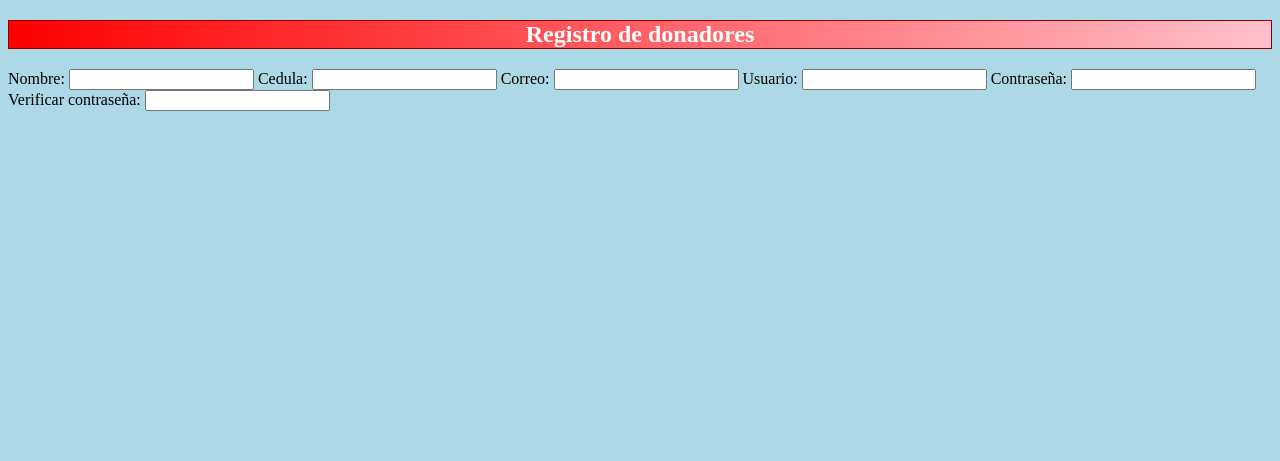
Repository: sonicspeed1/examen1_codigo_bryansantillan
Page: http://localhost/examen_1_bryan_santillan/registro_donadores.jsp
These files come from the project's save history. The page is drawn as it stood at one moment and after the next save; the edit follows.
The browser window is 1280 px wide. The pictures show the whole page.
The page is served by Tomcat 9. Other server files are loaded and not shown.

Above is the page before, as saved 2024-05-25 17:39:05.

### examen_1_bryan_santillan/src/main/webapp/registro_donadores.jsp
<%@ page language="java" contentType="text/html; charset=UTF-8"
    pageEncoding="UTF-8"%>
<!DOCTYPE html>
<html>
<head>
<meta charset="UTF-8">
<title>Registro donadores</title>
<link href="estilo.css" rel="stylesheet"/>
</head>
<body class="cuerpo">
<h2 class="cuadro3">Registro de donadores</h2>
<label>Nombre: <input type="text" name="nombre"></label>
<label>Cedula: <input type="text" name="ci"></label>
<label>Correo: <input type="text" name="correo"></label>
<label>Usuario: <input type="text" name="us"></label>
<label>Contraseña: <input type="password" name="cont1"></label>
<label>Verificar contraseña: <input type="password" name="cont2"></label>
</body>
</html>

### examen_1_bryan_santillan/src/main/webapp/estilo.css
@charset "UTF-8";
.cuerpo{
	background-color: lightblue;
}
.cuadro{
	background-color:lightgreen;
	border: 1px solid green;
	display: block;

}
.cuadro2 {
    background-color: #b4aed0;
    border-radius: 5px;
    border: 1px solid purple;
    height: 400px;
    width: 400px;
}
.cuadro3{
	    background: linear-gradient(to right,red,pink);
	    text-align:center;
	    color: white;
	     border: 1px solid darkred;
}
.titulo{
	color: white;
	transition: color 0.3s, text-shadow 0.3s;
	font-family: 'Comic Sans MS', cursive, sans-serif;
	 text-align: center;
}

.titulo:hover {
    color: blue;
    text-shadow: 2px 2px 5px rgba(0, 0, 0, 0.5);
}
.menu{
	list-style-type: none;
    padding: 0;
    background-color: #80ff80;
    border: 1px solid green;
    margin: 0 auto;
    }
.item {
    display: inline-block;
    position: relative;
}
.container {
    display: flex;
    justify-content: center;
    align-items: center;
    margin-top: 20px;
}
.titulo2{
	color: white;
	transition: color 0.3s, text-shadow 0.3s;
	font-family: 'Comic Sans MS', cursive, sans-serif;
	 text-align: center;
}

.titulo2:hover {
    color: red;
    text-shadow: 2px 2px 5px rgba(0, 0, 0, 0.5);
}
.item_login{
	   display: flex;
    justify-content: center;
    align-items: center;
    margin-bottom: 20px;
}
.button{
	background-color: purple;
	border-radius: 5px;
	color: white;
	padding: 10px 20px;
	margin: 15px;
	font-family: 'Comic Sans MS', cursive, sans-serif;
}
.hiper{
	margin-right: 25px;
}

After the next save:
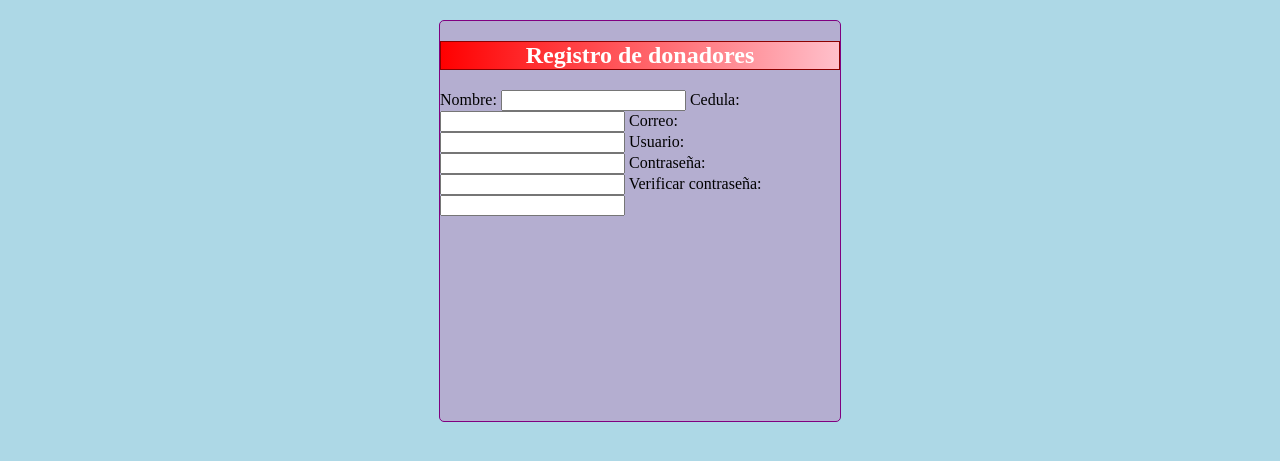
Saved 78 s later.
--- a/examen_1_bryan_santillan/src/main/webapp/registro_donadores.jsp
+++ b/examen_1_bryan_santillan/src/main/webapp/registro_donadores.jsp
@@ -8,6 +8,8 @@
 <link href="estilo.css" rel="stylesheet"/>
 </head>
 <body class="cuerpo">
+<div class="container">
+    <div class="cuadro2">
 <h2 class="cuadro3">Registro de donadores</h2>
 <label>Nombre: <input type="text" name="nombre"></label>
 <label>Cedula: <input type="text" name="ci"></label>
@@ -15,5 +17,7 @@
 <label>Usuario: <input type="text" name="us"></label>
 <label>Contraseña: <input type="password" name="cont1"></label>
 <label>Verificar contraseña: <input type="password" name="cont2"></label>
+</div>
+</div>
 </body>
 </html>
